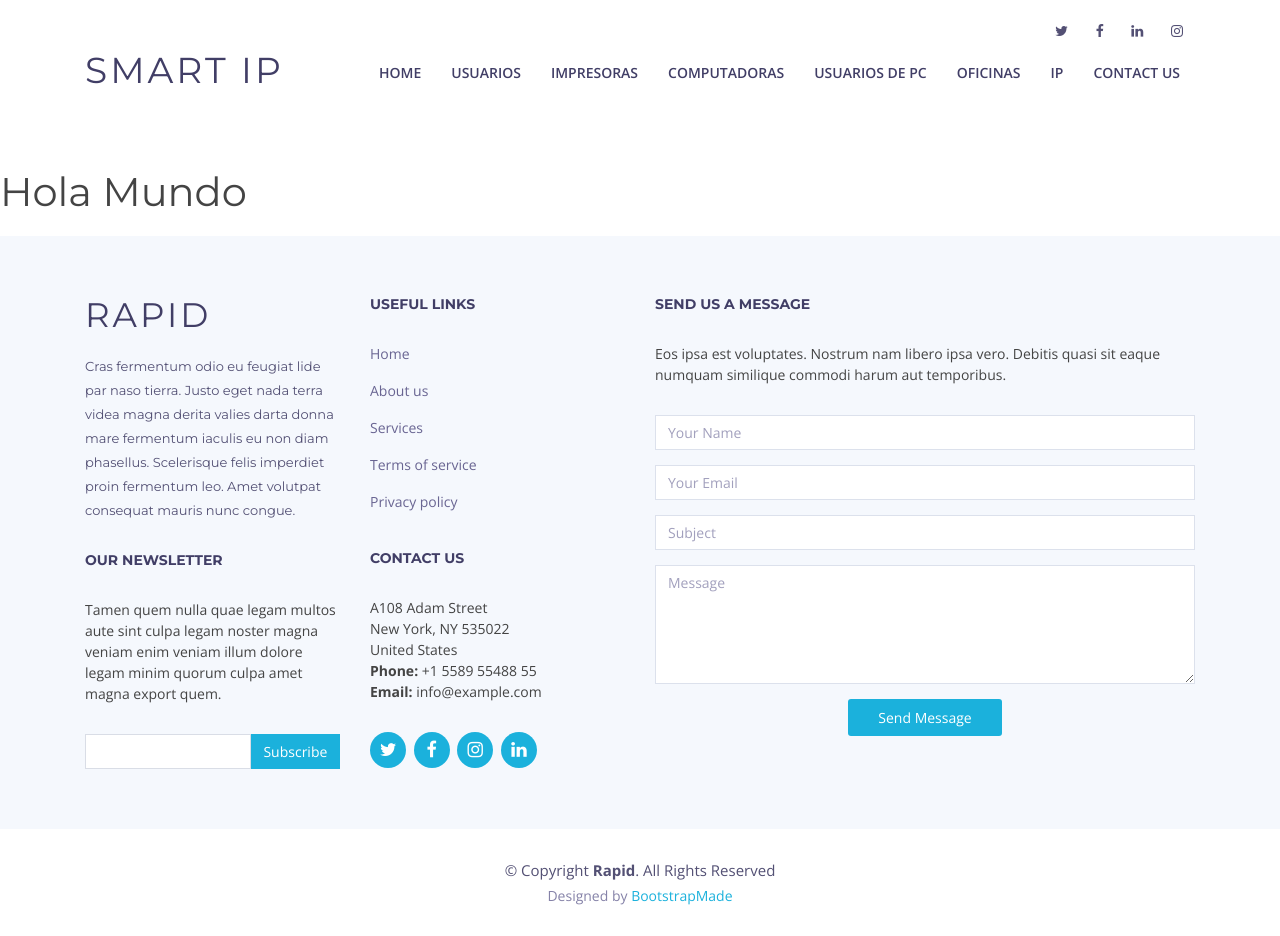
Repository: AlejandroJesusSerrano/SmartIPs
Page: http://localhost/smartipnav/users
These files come from the project's save history. The page is drawn as it stood at one moment and after the next save; the edit follows.
The browser window is 1280 px wide. The pictures show the whole page.
The page is served by the project's application, run on Django 4.2 (smartip/manage.py). Other server files are loaded and not shown.

Above is the page before, as saved 2022-11-11 12:42:07.

### smartip/smartipnav/templates/smartipnav/users.html
{% extends 'smartipnav/base.html' %}

{% block content %}

<br>
<br>
<br>
<br>
<br>
<br>
<br>


    <h1>Hola Mundo</h1>

{% endblock %}

### smartip/smartipnav/templates/smartipnav/base.html
<!DOCTYPE html>
<html lang="en">
<head>

  {% load static %}
  <meta charset="utf-8">
  <title>Rapid Bootstrap Template</title>
  <meta content="width=device-width, initial-scale=1.0" name="viewport">
  <meta content="" name="keywords">
  <meta content="" name="description">

  <!-- Favicons -->
  <link href="{% static 'smartipnav/img/favicon.png' %}" rel="icon">
  <link href="{% static 'smartipnav/img/apple-touch-icon.png' %}" rel="apple-touch-icon">

  <!-- Google Fonts -->
  <link href="https://fonts.googleapis.com/css?family=Open+Sans:300,300i,400,400i,500,600,700,700i|Montserrat:300,400,500,600,700" rel="stylesheet">

  <!-- Bootstrap CSS File -->
  <link href="{% static 'smartipnav/lib/bootstrap/css/bootstrap.min.css' %}" rel="stylesheet">

  <!-- Libraries CSS Files -->
  <link href="{% static 'smartipnav/lib/font-awesome/css/font-awesome.min.css' %}" rel="stylesheet">
  <link href="{% static 'smartipnav/lib/animate/animate.min.css' %}" rel="stylesheet">
  <link href="{% static 'smartipnav/lib/ionicons/css/ionicons.min.css' %}" rel="stylesheet">
  <link href="{% static 'smartipnav/lib/owlcarousel/assets/owl.carousel.min.css' %}" rel="stylesheet">
  <link href="{% static 'smartipnav/lib/lightbox/css/lightbox.min.css' %}" rel="stylesheet">

  <!-- Main Stylesheet File -->
  <link href="{% static 'smartipnav/css/style.css' %}" rel="stylesheet">

  <!-- =======================================================
    Theme Name: Rapid
    Theme URL: https://bootstrapmade.com/rapid-multipurpose-bootstrap-business-template/
    Author: BootstrapMade.com
    License: https://bootstrapmade.com/license/
  ======================================================= -->
</head>

<body>
  <!--==========================
  Header
  ============================-->
  <header id="header">

    <div id="topbar">
      <div class="container">
        <div class="social-links">
          <a href="#" class="twitter"><i class="fa fa-twitter"></i></a>
          <a href="#" class="facebook"><i class="fa fa-facebook"></i></a>
          <a href="#" class="linkedin"><i class="fa fa-linkedin"></i></a>
          <a href="#" class="instagram"><i class="fa fa-instagram"></i></a>
        </div>
      </div>
    </div>

    <div class="container">

      <div class="logo float-left">
        <!-- Uncomment below if you prefer to use an image logo -->
        <h1 class="text-light"><a href="#intro" class="scrollto"><span>Smart IP</span></a></h1>
        <!-- <a href="#header" class="scrollto"><img src="img/logo.png" alt="" class="img-fluid"></a> -->
      </div>

      <nav class="main-nav float-right d-none d-lg-block">
        <ul>

          <li><a href="index">Home</a></li>
          <li><a href="users">Usuarios</a></li>
          <li><a href="printers">Impresoras</a></li>
          <li><a href="computers">Computadoras</a></li>
          <li><a href="userspc">Usuarios de PC</a></li>
          <li><a href="offices">Oficinas</a></li>
          <li><a href="ip">IP</a></li>

          <li><a href="#footer">Contact Us</a></li>
        </ul>
      </nav><!-- .main-nav -->

    </div>
  </header><!-- #header -->



    {% block content %}

    {% endblock %}



  <!--==========================
    Footer
  ============================-->
  <footer id="footer" class="section-bg">
    <div class="footer-top">
      <div class="container">

        <div class="row">

          <div class="col-lg-6">

            <div class="row">

                <div class="col-sm-6">

                  <div class="footer-info">
                    <h3>Rapid</h3>
                    <p>Cras fermentum odio eu feugiat lide par naso tierra. Justo eget nada terra videa magna derita valies darta donna mare fermentum iaculis eu non diam phasellus. Scelerisque felis imperdiet proin fermentum leo. Amet volutpat consequat mauris nunc congue.</p>
                  </div>

                  <div class="footer-newsletter">
                    <h4>Our Newsletter</h4>
                    <p>Tamen quem nulla quae legam multos aute sint culpa legam noster magna veniam enim veniam illum dolore legam minim quorum culpa amet magna export quem.</p>
                    <form action="" method="post">
                      <input type="email" name="email"><input type="submit"  value="Subscribe">
                    </form>
                  </div>

                </div>

                <div class="col-sm-6">
                  <div class="footer-links">
                    <h4>Useful Links</h4>
                    <ul>
                      <li><a href="#">Home</a></li>
                      <li><a href="#">About us</a></li>
                      <li><a href="#">Services</a></li>
                      <li><a href="#">Terms of service</a></li>
                      <li><a href="#">Privacy policy</a></li>
                    </ul>
                  </div>

                  <div class="footer-links">
                    <h4>Contact Us</h4>
                    <p>
                      A108 Adam Street <br>
                      New York, NY 535022<br>
                      United States <br>
                      <strong>Phone:</strong> +1 5589 55488 55<br>
                      <strong>Email:</strong> info@example.com<br>
                    </p>
                  </div>

                  <div class="social-links">
                    <a href="#" class="twitter"><i class="fa fa-twitter"></i></a>
                    <a href="#" class="facebook"><i class="fa fa-facebook"></i></a>
                    <a href="#" class="instagram"><i class="fa fa-instagram"></i></a>
                    <a href="#" class="linkedin"><i class="fa fa-linkedin"></i></a>
                  </div>

                </div>

            </div>

          </div>

          <div class="col-lg-6">

            <div class="form">

              <h4>Send us a message</h4>
              <p>Eos ipsa est voluptates. Nostrum nam libero ipsa vero. Debitis quasi sit eaque numquam similique commodi harum aut temporibus.</p>
              <form action="" method="post" role="form" class="contactForm">
                <div class="form-group">
                  <input type="text" name="name" class="form-control" id="name" placeholder="Your Name" data-rule="minlen:4" data-msg="Please enter at least 4 chars" />
                  <div class="validation"></div>
                </div>
                <div class="form-group">
                  <input type="email" class="form-control" name="email" id="email" placeholder="Your Email" data-rule="email" data-msg="Please enter a valid email" />
                  <div class="validation"></div>
                </div>
                <div class="form-group">
                  <input type="text" class="form-control" name="subject" id="subject" placeholder="Subject" data-rule="minlen:4" data-msg="Please enter at least 8 chars of subject" />
                  <div class="validation"></div>
                </div>
                <div class="form-group">
                  <textarea class="form-control" name="message" rows="5" data-rule="required" data-msg="Please write something for us" placeholder="Message"></textarea>
                  <div class="validation"></div>
                </div>

                <div id="sendmessage">Your message has been sent. Thank you!</div>
                <div id="errormessage"></div>

                <div class="text-center"><button type="submit" title="Send Message">Send Message</button></div>
              </form>
            </div>

          </div>



        </div>

      </div>
    </div>

    <div class="container">
      <div class="copyright">
        &copy; Copyright <strong>Rapid</strong>. All Rights Reserved
      </div>
      <div class="credits">
        <!--
          All the links in the footer should remain intact.
          You can delete the links only if you purchased the pro version.
          Licensing information: https://bootstrapmade.com/license/
          Purchase the pro version with working PHP/AJAX contact form: https://bootstrapmade.com/buy/?theme=Rapid
        -->
        Designed by <a href="https://bootstrapmade.com/">BootstrapMade</a>
      </div>
    </div>
  </footer><!-- #footer -->

  <a href="#" class="back-to-top"><i class="fa fa-chevron-up"></i></a>
  <!-- Uncomment below i you want to use a preloader -->
  <!-- <div id="preloader"></div> -->

  <!-- JavaScript Libraries -->
  <script src="{% static 'smartipnav/lib/jquery/jquery.min.js' %}"></script>
  <script src="{% static 'smartipnav/lib/jquery/jquery-migrate.min.js' %}"></script>
  <script src="{% static 'smartipnav/lib/bootstrap/js/bootstrap.bundle.min.js' %}"></script>
  <script src="{% static 'smartipnav/lib/easing/easing.min.js' %}"></script>
  <script src="{% static 'smartipnav/lib/mobile-nav/mobile-nav.js' %}"></script>
  <script src="{% static 'smartipnav/lib/wow/wow.min.js' %}"></script>
  <script src="{% static 'smartipnav/lib/waypoints/waypoints.min.js' %}"></script>
  <script src="{% static 'smartipnav/lib/counterup/counterup.min.js' %}"></script>
  <script src="{% static 'smartipnav/lib/owlcarousel/owl.carousel.min.js' %}"></script>
  <script src="{% static 'smartipnav/lib/isotope/isotope.pkgd.min.js' %}"></script>
  <script src="{% static 'smartipnav/lib/lightbox/js/lightbox.min.js' %}"></script>
  <!-- Contact Form JavaScript File -->
  <script src="{% static 'smartipnav/contactform/contactform.js' %}"></script>

  <!-- Template Main Javascript File -->
  <script src="{% static 'smartipnav/js/main.js' %}"></script>

</body>
</html>

### smartip/smartipnav/views.py
from django.shortcuts import render

# Create your.htmls here.

def index(request):
    return render(request, "smartipnav/index.html")

def printers(request):
    return render(request, "smartipnav/printers.html")

def computer(request):
    return render(request, "smartipnav/computer.html")

def ip(request):
    return render(request, "smartipnav/ip.html")

def userspc(request):
    return render(request, "smartipnav/userspc.html")

def office(request):
    return render(request, "smartipnav/office.html")

def users(request):
    return render(request, "smartipnav/users.html")

### smartip/smartip/urls.py
"""smartip URL Configuration

The `urlpatterns` list routes URLs to views. For more information please see:
    https://docs.djangoproject.com/en/4.1/topics/http/urls/
Examples:
Function views
    1. Add an import:  from my_app import views
    2. Add a URL to urlpatterns:  path('', views.home, name='home')
Class-based views
    1. Add an import:  from other_app.views import Home
    2. Add a URL to urlpatterns:  path('', Home.as_view(), name='home')
Including another URLconf
    1. Import the include() function: from django.urls import include, path
    2. Add a URL to urlpatterns:  path('blog/', include('blog.urls'))
"""
from django.contrib import admin
from django.urls import path, include


urlpatterns = [
    path('admin/', admin.site.urls),
    path('smartipnav/', include('smartipnav.urls'))
]

### smartip/smartipnav/urls.py
from django.urls import path
from smartipnav import views

urlpatterns = [
    path('index', views.index),
    path('printers', views.printers, name="Printers"),
    path('computers', views.computer, name="Computers"),
    path('ip', views.ip, name="Ip"),
    path('userspc', views.userspc, name="UsersPc"),
    path('offices', views.office, name="Offices"),
    path('users', views.users, name="Users"),
]

Loaded but not shown: smartip/smartipnav/static/smartipnav/lib/bootstrap/css/bootstrap.min.css (library); smartip/smartipnav/static/smartipnav/lib/font-awesome/css/font-awesome.min.css (library); smartip/smartipnav/static/smartipnav/lib/animate/animate.min.css (library); smartip/smartipnav/static/smartipnav/lib/ionicons/css/ionicons.min.css (library); smartip/smartipnav/static/smartipnav/lib/owlcarousel/assets/owl.carousel.min.css (library); smartip/smartipnav/static/smartipnav/lib/lightbox/css/lightbox.min.css (common file); smartip/smartipnav/static/smartipnav/lib/jquery/jquery.min.js (library); smartip/smartipnav/static/smartipnav/lib/jquery/jquery-migrate.min.js (library); smartip/smartipnav/static/smartipnav/lib/bootstrap/js/bootstrap.bundle.min.js (library); smartip/smartipnav/static/smartipnav/lib/easing/easing.min.js (common file); smartip/smartipnav/static/smartipnav/lib/mobile-nav/mobile-nav.js (common file); smartip/smartipnav/static/smartipnav/lib/wow/wow.min.js (library); smartip/smartipnav/static/smartipnav/lib/waypoints/waypoints.min.js (library); smartip/smartipnav/static/smartipnav/lib/counterup/counterup.min.js (common file); smartip/smartipnav/static/smartipnav/lib/owlcarousel/owl.carousel.min.js (library); smartip/smartipnav/static/smartipnav/lib/isotope/isotope.pkgd.min.js (library); smartip/smartipnav/static/smartipnav/lib/lightbox/js/lightbox.min.js (library); smartip/smartipnav/static/smartipnav/js/main.js (131 lines, source omitted); smartip/smartipnav/static/smartipnav/contactform/contactform.js (118 lines, source omitted); smartip/smartipnav/static/smartipnav/css/style.css (1569 lines, source omitted)

After the next save:
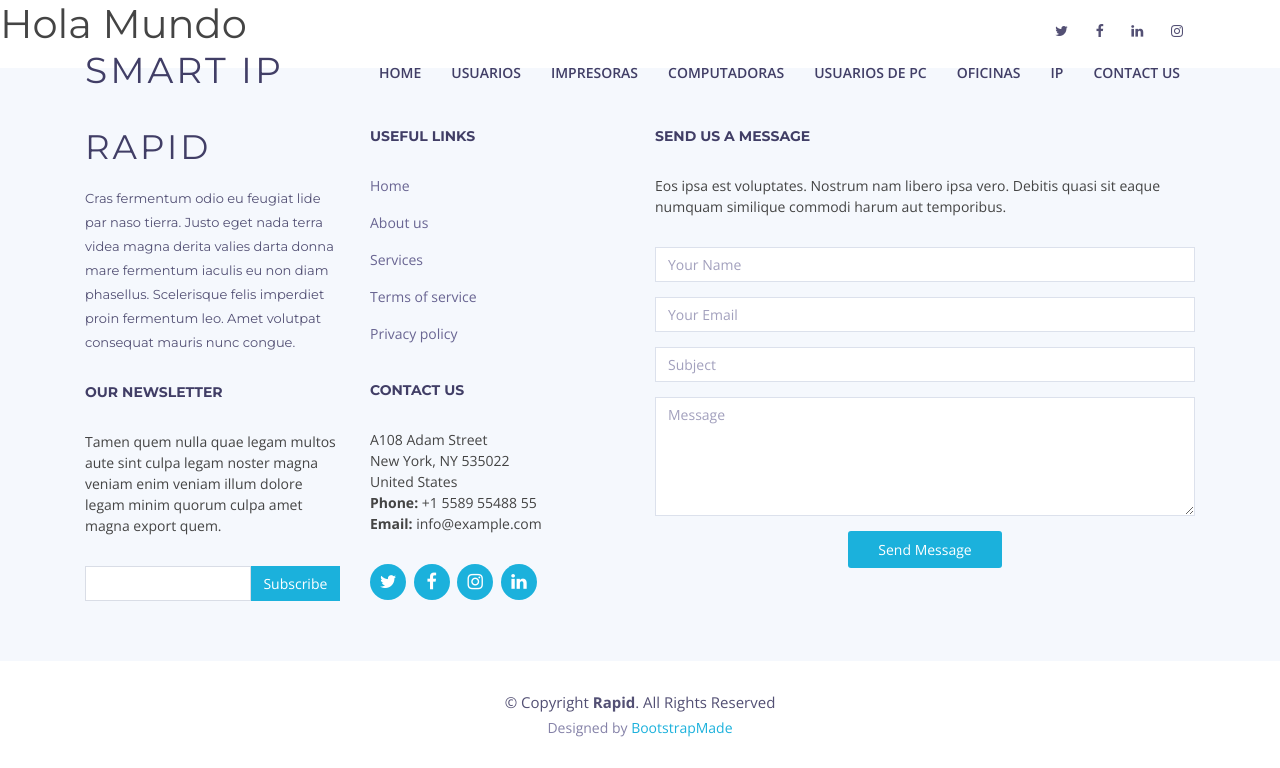
Saved 16 s later.
--- a/smartip/smartipnav/templates/smartipnav/users.html
+++ b/smartip/smartipnav/templates/smartipnav/users.html
@@ -2,15 +2,6 @@
 
 {% block content %}
 
-<br>
-<br>
-<br>
-<br>
-<br>
-<br>
-<br>
-
-
     <h1>Hola Mundo</h1>
 
 {% endblock %}
